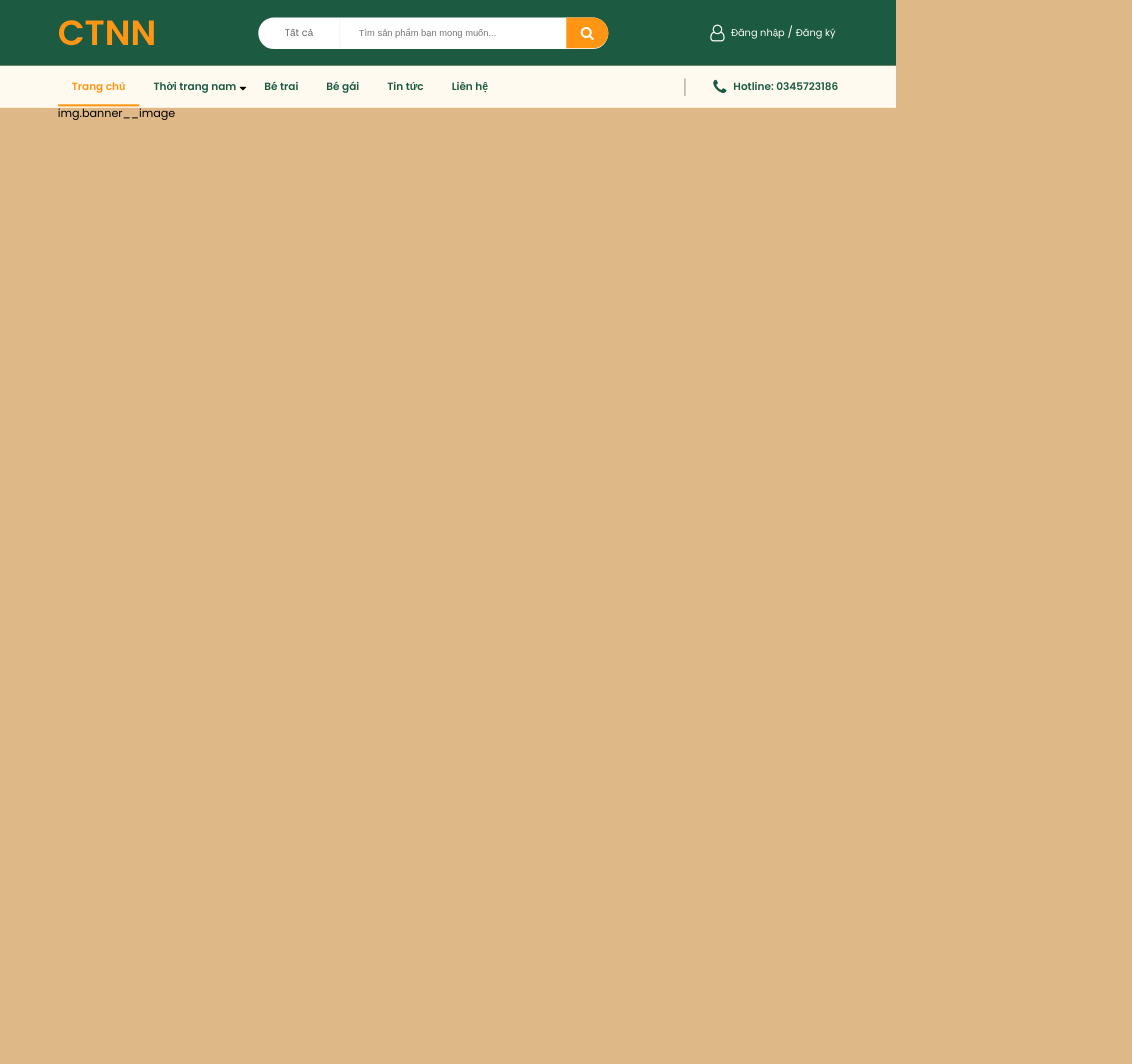
Repository: cuongchua2k2/BaiTapLon-web
Page: index.html
The author's editor kept a copy of each file at every save. The page is drawn from the files as they stood at one save, then again after the next save.
The browser window is 1280 px wide. The page is 1280 px wide, then 1617 px, so the pictures cover 1617 px, including what lies to the right of the window. The pictures show the part of the page from y = 0 to 1520 px (the page is 5000 px tall), at 70% of full size.

Above is the page before, as saved 2023-12-06 17:26:49.

After the next save:
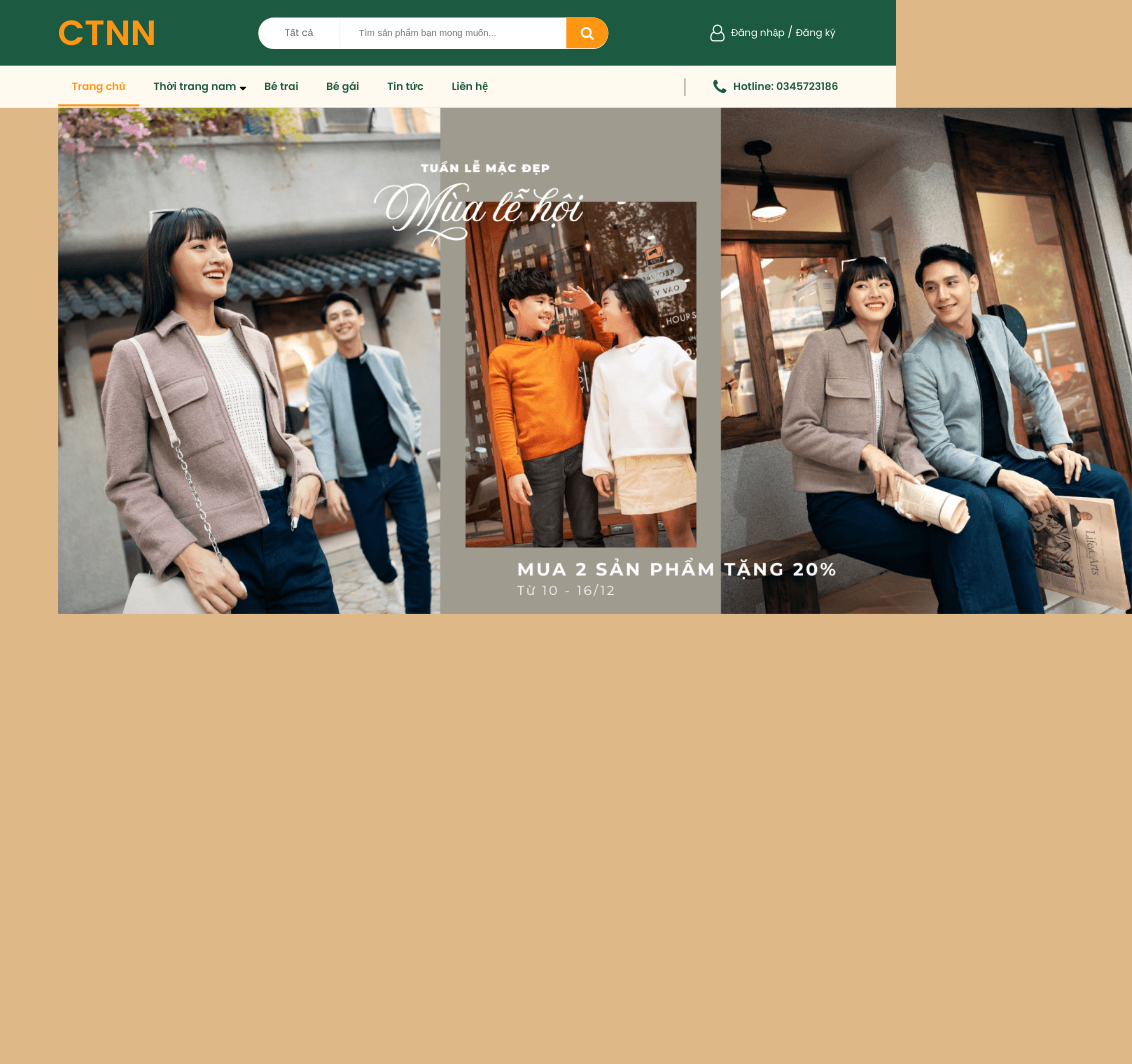
Saved 2 min 32 s later.
--- a/index.html
+++ b/index.html
@@ -99,7 +99,9 @@
       <!-- banner -->
       <div class="banner">
         <div class="content">
-          <div class="banner__list">img.banner__image</div>
+          <div class="banner__list">
+            <img src="./assets/img/banner.png" alt="" class="banner__image" />
+          </div>
         </div>
       </div>
     </main>
